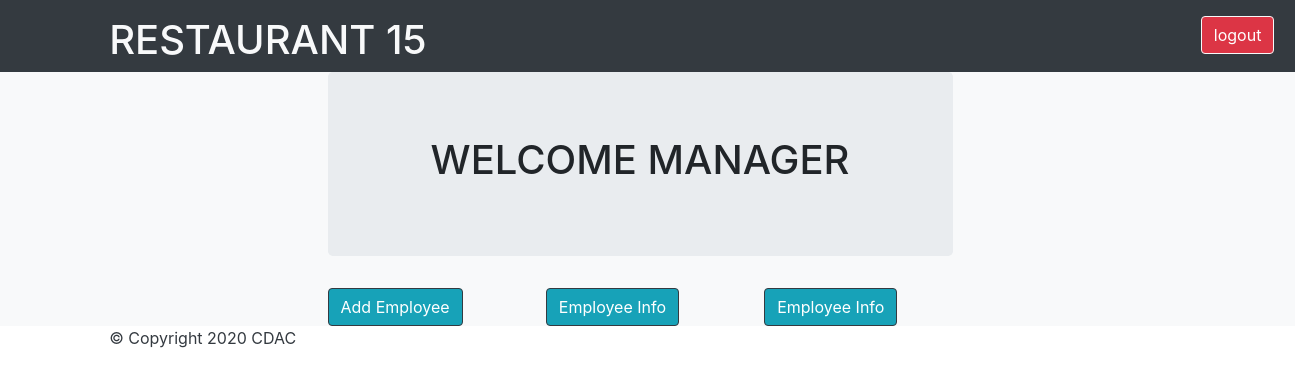
Repository: Pedaxx-IT-solution/E-Waiter-Stuff-
Page: http://localhost/ProjectEwaiter/WEB-INF/views/welcomemgr.jsp
These files come from the project's save history. The page is drawn as it stood at one moment and after the next save; the edit follows.
The browser window is 1280 px wide. The page is 1295 px wide, so the pictures cover 1295 px, including what lies to the right of the window. The pictures show the whole page.
The page is served by Tomcat 9. Nobody is signed in. The template is opened directly, without the code that normally fills it, so the values that code supplies are empty.

Above is the page before, as saved 2020-01-25 22:39:37.

After the next save:
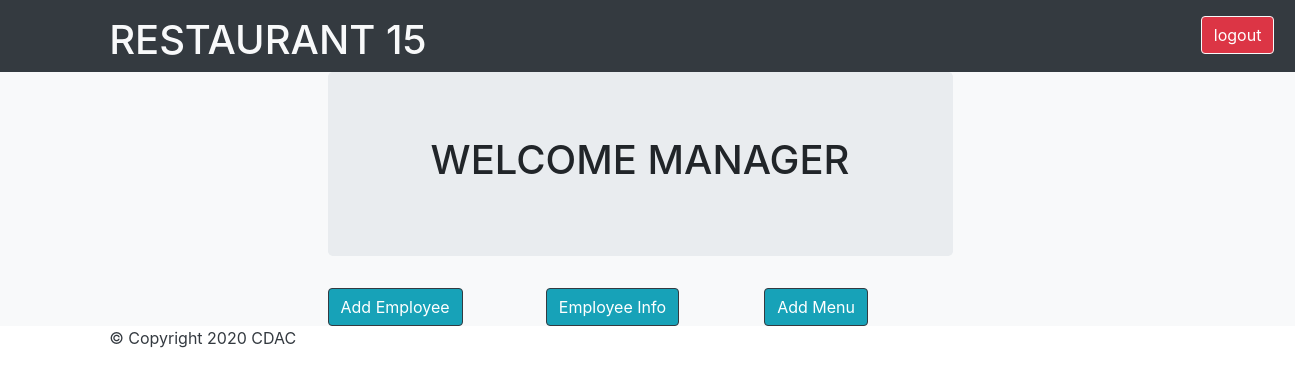
Saved 9 s later.
--- a/MyProject/ProjectEwaiter/src/main/webapp/WEB-INF/views/welcomemgr.jsp
+++ b/MyProject/ProjectEwaiter/src/main/webapp/WEB-INF/views/welcomemgr.jsp
@@ -53,7 +53,7 @@ response.setHeader("Expires", "0");
 
 			</div>
 			<div class="col-2">
-								<a href="/user/menu/addMenu" class="btn btn-info border-dark" role="button">Employee Info</a>
+								<a href="/user/menu/addMenu" class="btn btn-info border-dark" role="button">Add Menu</a>
 
 			</div>
 			<div class="col-3"></div>
